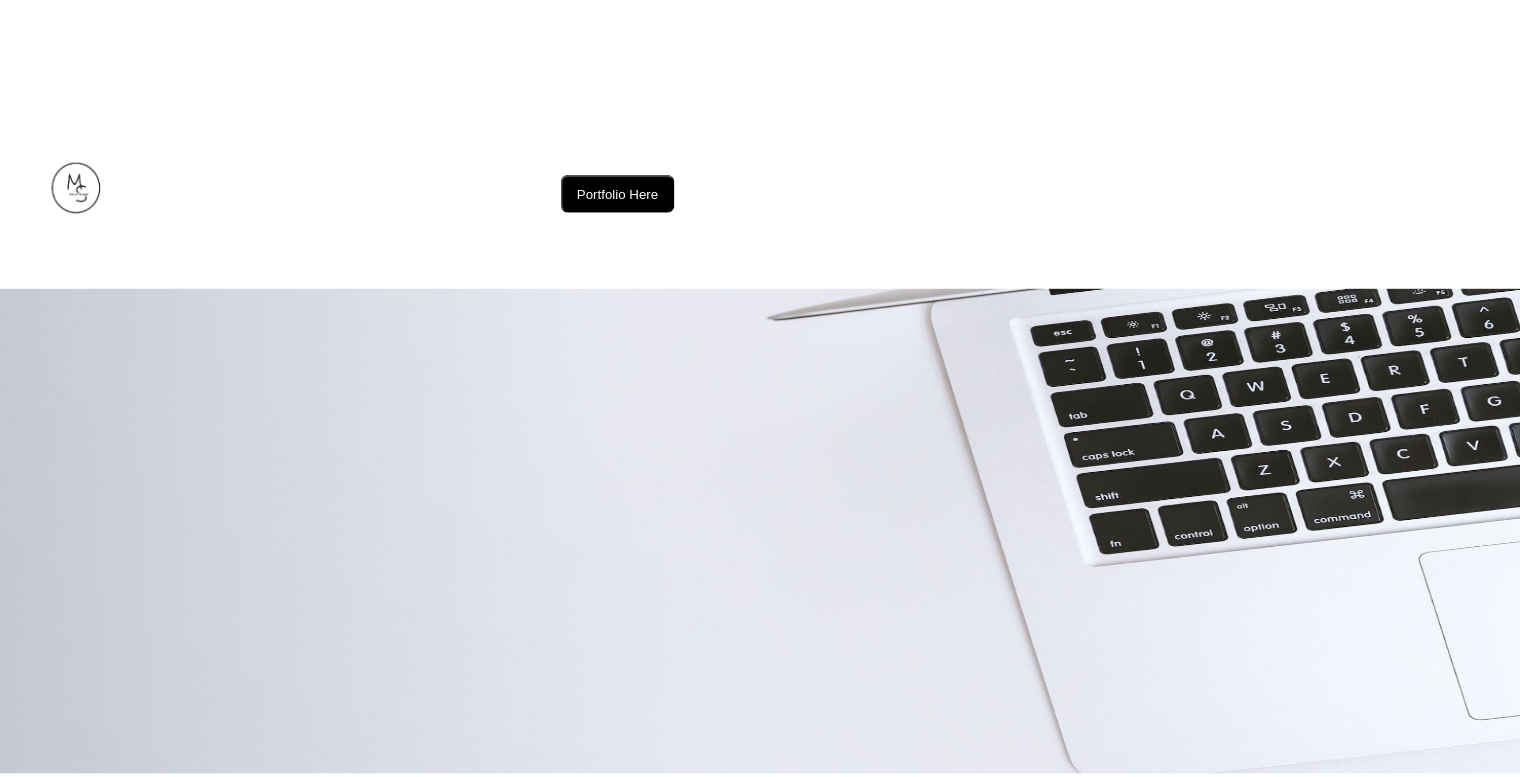
Repository: MEROO1010/Portfolio-2
Page: /
The author's editor kept a copy of each file at every save. The page is drawn from the files as they stood at one save, then again after the next save.
The browser window is 1280 px wide. The page is 1600 px wide, so the pictures cover 1600 px, including what lies to the right of the window. The pictures show the whole page, at 95% of full size.
The project was rebuilt for these pictures with package versions that can differ from the ones it lists, and the page was loaded fresh each time.

Above is the page before, as saved 2023-12-16 12:28:35.

After the next save:
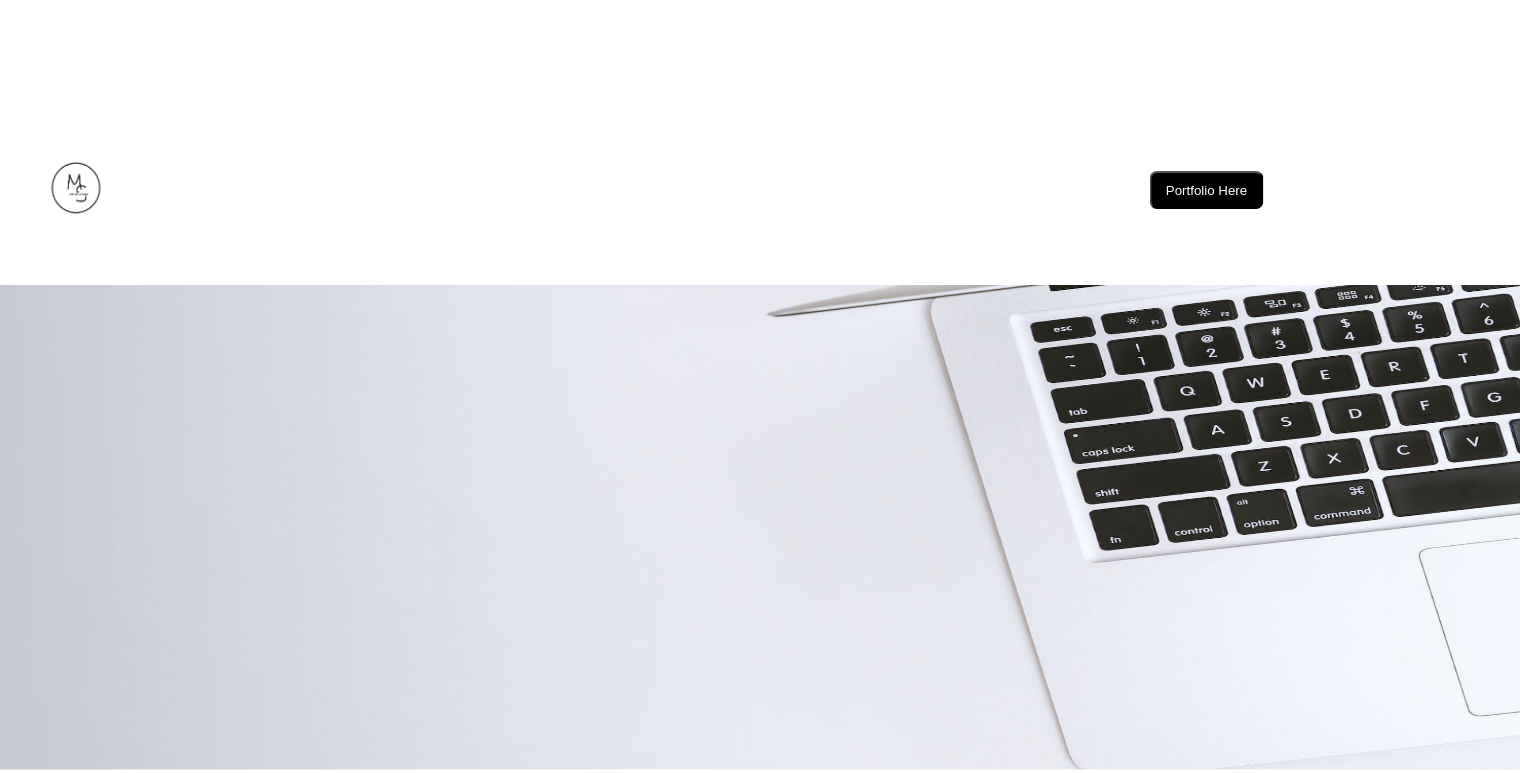
Saved 12 s later.
--- a/src/components/Navbar.js
+++ b/src/components/Navbar.js
@@ -27,10 +27,10 @@ const Navbar = () => {
 
 const Container = styled.div `
 margin-top:20px;
-width:40px;
   ul{
     position:relative;
    list-style-type: none;
+   width:40px;
 
   padding-left: 40px;
   top: 40px;
